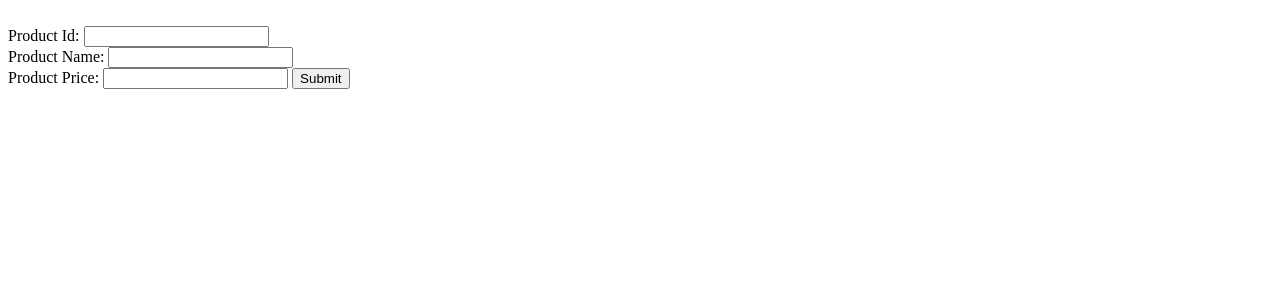
Repository: Vaidikk/RestfullWebServTest
Page: TribagoHotels/WebContent/addProduct.html
The author's editor kept a copy of each file at every save. The page is drawn from the files as they stood at one save, then again after the next save.
The browser window is 1280 px wide. The pictures show the whole page.

Above is the page before, as saved 2019-07-25 06:12:56.

After the next save:
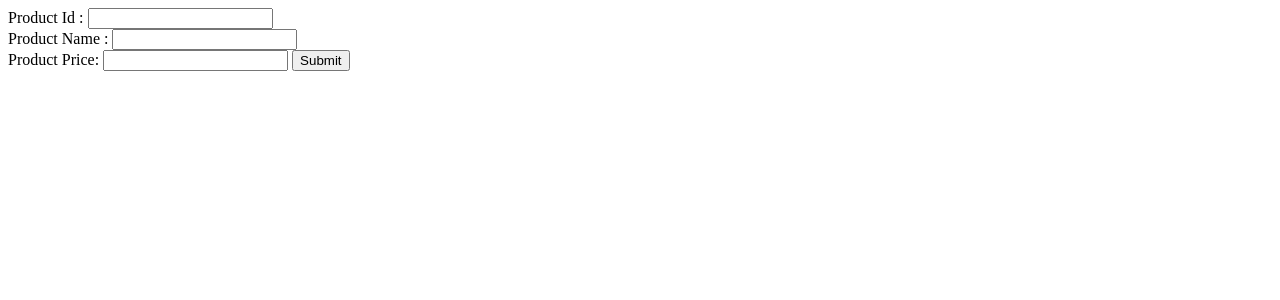
Saved 18 s later.
--- a/TribagoHotels/WebContent/addProduct.html
+++ b/TribagoHotels/WebContent/addProduct.html
@@ -6,8 +6,8 @@
 </head>
 <body>
 	<form action="add">
-		<br>Product Id: <input type="number" name="id">
-		<br>Product Name: <input type="text" name="name">
+		Product Id   : <input type="number" name="id">
+		<br>Product Name : <input type="text" name="name">
 		<br>Product Price: <input type="number" name="price">
 		<input type="submit" value="Submit">
 	</form>
